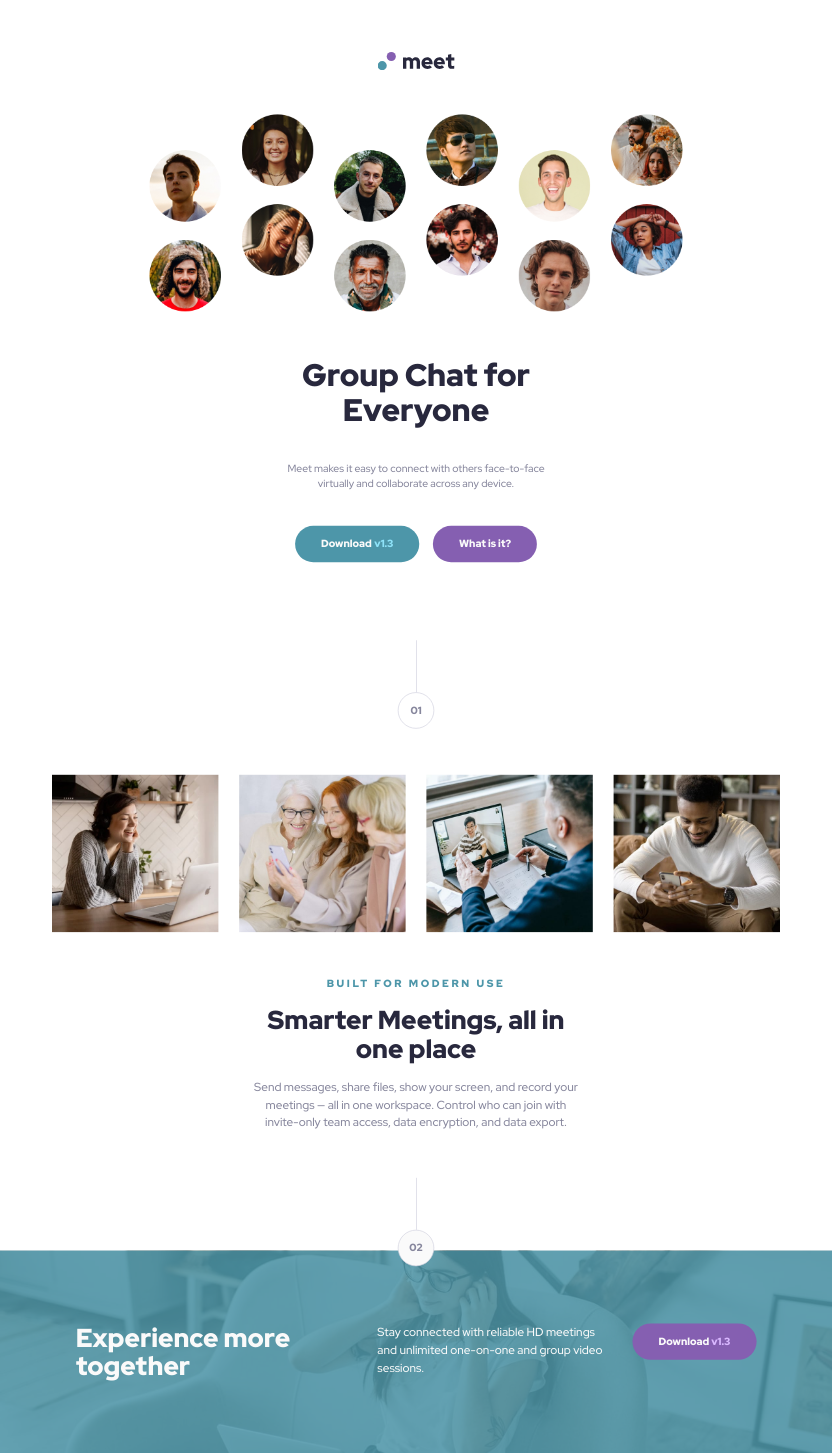
Repository: brandontaylor1/meet-landing-page
Page: index.html
The author's editor kept a copy of each file at every save. The page is drawn from the files as they stood at one save, then again after the next save.
The browser window is 1280 px wide. The pictures show the whole page, at 65% of full size.

Above is the page before, as saved 2025-01-13 19:21:45.

### index.html
<!DOCTYPE html>
<html lang="en">
<head>
    <meta charset="UTF-8">
    <meta name="viewport" content="width=device-width, initial-scale=1.0">
    <link rel="preconnect" href="https://fonts.googleapis.com">
    <link rel="preconnect" href="https://fonts.gstatic.com" crossorigin>
    <link href="https://fonts.googleapis.com/css2?family=Red+Hat+Display:ital,wght@0,300..900;1,300..900&display=swap" rel="stylesheet">
    <link rel="stylesheet" href="styles.css">
    <title>Meet Landing Page</title>
</head>
<body>
    <nav class="navbar">
        <div class="logo-container">
            <img src="./assets/images/logo.svg" alt="meet logo">
        </div>
    </nav>
    <section class="hero-section">
        <img src="" class="responsive-image" alt="responsive-image">
        <img src="./assets/images/image-hero-left.png" class="hero-images"  id="left-faces" alt="Left Faces">
        <div class="hero-content">
            <h1>Group Chat for Everyone</h1>
            <p>Meet makes it easy to connect with others face-to-face virtually and collaborate across any device.</p>
            <div class="btn-container">
                <button class="hero-btn" id="downloadBtn">Download<span>v1.3</span></button>
                <button class="hero-btn" id="whatisitBtn">What is it?</button>
            </div>
        </div>
        <img src="./assets/images/image-hero-right.png" class="hero-images" id="right-faces" alt="Right Faces">
    </section>

    <section class="main-content">
        <div class="content">
            <div class="design-container">
                <div class="gray-line"></div>
                <div class="gray-circle">01</div>
            </div>
            <div class="image-container">
                <img src="./assets/images/image-woman-in-videocall.jpg" alt="woman on video call">
                <img src="./assets/images/image-women-videochatting.jpg" alt="women vidoechatting">
                <img src="./assets/images/image-men-in-meeting.jpg" alt="men in a meeting">
                <img src="./assets/images/image-man-texting.jpg" alt="man texting">
            </div>
            <div class="text-container">
                <h3>Built for Modern Use</h3>
                <h2>Smarter Meetings, all in one place</h2>
                <p>Send messages, share files, show your screen, and record your meetings — all in one workspace. Control who can join with invite-only team access, data encryption, and data export.</p>
            </div>
        </div>
    </section>
    <div class="design-container">
        <div class="gray-line"></div>
        <div class="gray-circle white">02</div>
    </div>
    <section class="footer">
        <div class="footer-grid">
            <h2>Experience more together</h2>
            <p>Stay connected with reliable HD meetings and unlimited one-on-one and group video sessions.</p>
            <button class="hero-btn" id="whatisitBtn">Download <span class="footer-span">v1.3</span></button>
        </div>
    </section>

</body>
</html>

### styles.css
* {
    margin: 0;
    padding: 0;
    box-sizing: border-box
}

:root {
    --color-white: #FAFAFA;
    --color-slate: #87879D;
    --color-lightslate: #D1D1DF;
    --color-darkslate: #28283D;
    --color-cyan: #4D96A9;
    --color-purple: #855FB1;
    --color-lightcyan: #8FE3F9;
    --color-lightpurple: #D9B8FF;

    font-size: 16px;

}

body {
    display: flex;
    flex-direction: column;
    align-items: center;
    justify-content: center;
}

.white {
    background-color: var(--color-white);
}

.navbar {
    display: flex;
    padding: 5rem 5rem 0 5rem;
    flex-direction: column;
    justify-content: flex-end;
    align-items: center;
    gap: var(--spacing-100, .5rem);
    align-self: stretch;

}

.hero-section {
    display: flex;
    justify-content: space-between;
    align-items: center;
    padding: 4rem 5rem;
    height: auto;
    width: 100%;
}

.left-faces {
    padding-right: 95px;
    padding-bottom: 57px;
}

.right-faces {
    padding-left: 95px;
    padding-top: 57px;
}

.responsive-image {
    display: none;
}

.hero-section {
    width: 100%;
}

.hero-content {
    display: flex;
    flex-direction: column;
    align-items: center;
    justify-content: space-between;
    width: 448px;
    height: 314px;

}

.hero-content h1 {
    font-family: "Red Hat Display", sans-serif;
    font-size: 4rem;
    font-weight: 900;
    line-height: 110%;
    color: var(--color-darkslate);
    text-align: center;
}

.hero-content p {
    font-family: "Red Hat Display", sans-serif;
    font-size: 18px;
    font-weight: 500;
    line-height: 150%;
    color: var(--color-slate);
    text-align: center;

}

.hero-btn {
    padding: 16px 40px;
    border-radius: 29px;
    border: none;

}

#downloadBtn {
    background-color: var(--color-cyan);
    color: var(--color-white);
    font-size: 16px;
    font-family: "Red Hat Display", sans-serif;
    font-weight: 900;
    line-height: 150%;
    margin-right: 8.5px;
}

#downloadBtn span {
    margin-left: 4px;
    color: var(--color-lightcyan);

}

#whatisitBtn {
    background-color: var(--color-purple);
    color: var(--color-white);
    font-size: 16px;
    font-family: "Red Hat Display", sans-serif;
    font-weight: 900;
    line-height: 150%;
    margin-left: 8.5px;
}

.main-content {
    display: flex;
    flex-direction: column;
    align-items: center;
    justify-content: center;
    height: 883px;
    padding: 56px 80px 72px 80px;
}

.content {
    display: flex;
    flex-direction: column;
    align-items: center;
    justify-content: space-between;
    height: 755px;
}

.design-container {
    display: flex;
    justify-content: center;
    align-items: center;
    flex-direction: column;

}

.gray-line {
    width: 1px;
    height: 80px;
    background-color:  var(--color-lightslate);
    z-index: 5;
}

.gray-circle {
    width: 56px;
    height: 56px;
    display: flex;
    align-items: center;
    justify-content: center;
    border-radius: 50%;
    border: 1px solid var(--color-lightslate);
    color: var(--color-slate);
    font-size: 16px;
    font-family: "Red Hat Display", sans-serif;
    font-weight: 900;
    line-height: 150%;
    z-index: 5;
}

.image-container {
    display: grid;
    grid-template-columns: repeat(4, 1fr);
    grid-template-rows: 1fr;
    gap: 32px;
}

.image-container img {
    width: 256px;
    height: auto;
}

.text-container {
    width: 500px;
    height: 235px;
    display: flex;
    flex-direction: column;
    align-items: center;
    justify-content: space-between;
}

.text-container h3 {
    font-family: "Red Hat Display", sans-serif;
    font-size: 16px;
    font-weight: 900;
    line-height: 110%;
    text-transform: uppercase;
    letter-spacing: 4px;
    color: var(--color-cyan);
}

.text-container h2 {
    font-family: "Red Hat Display", sans-serif;
    font-size: 40px;
    font-style: normal;
    font-weight: 900;
    line-height: 110%;
    text-align: center;
    color: var(--color-darkslate);
}

.text-container p {
    font-family: "Red Hat Display", sans-serif;
    font-size: 18px;
    font-style: normal;
    font-weight: 500;
    line-height: 150%;
    text-align: center;
    color: var(--color-slate)
}


.footer {
    padding: 7rem 5rem;
    width: 100%;
    display: flex;
    align-items: center;
    justify-content: center;
    background-image: url("./assets/images/image-footer.jpg");
    background-size: cover;
    background-position: center;
    background-repeat: no-repeat;
    margin-top: -1.5rem;
    position: relative;
    z-index: 0;
}

.footer-grid {
    display: flex;
    align-items: flex-start;
    justify-content: center;
    grid-template-columns: repeat(3, 1fr);
    width: 70rem;
    gap: 32px;
    z-index: 2;

}

.footer-grid h2 {
    font-family: "Red Hat Display", sans-serif;
    font-size: 2.5rem;
    font-weight: 900;
    line-height: 110%;
    color: var(--color-white);
    width: 27rem;
}

.footer-grid p {
    font-family: "Red Hat Display", sans-serif;
    font-size: 1.125rem;
    font-weight: 500;
    line-height: 150%;
    color: var(--color-white);
    width: 22rem;
}

.footer::before {
    content: "";
    position: absolute;
    top: 0;
    left: 0;
    width: 100%;
    height: 100%;
    background-color: hsla(192, 37%, 48%, 0.85); /* Adjust the color and opacity as needed */
    z-index: 1;
}

.footer-span {
    color: var(--color-lightpurple)
}


@media screen and (min-width: 795px) and (max-width: 1354px) {
    .hero-section {
        padding: 4rem 2rem;
        flex-direction: column;
        justify-content: space-between;
        align-items: center;
    }

    .hero-content {
        margin-top: 72px;
    }

    .hero-content h1 {
        font-size: 3rem;
    }

    .hero-content p {
        font-size: 16px;
    }

    .hero-images {
        display: none;
    }

    .responsive-image {
        display: inline-block;
        content: url("./assets/images/tablet/image-hero.png");

    }
}

@media screen and (max-width: 795px) {
    .responseive-image {
        display: inline-block;
        content: url('./assets/images/tablet/image-hero.png');
        width: 100%;

    }
}

After the next save:
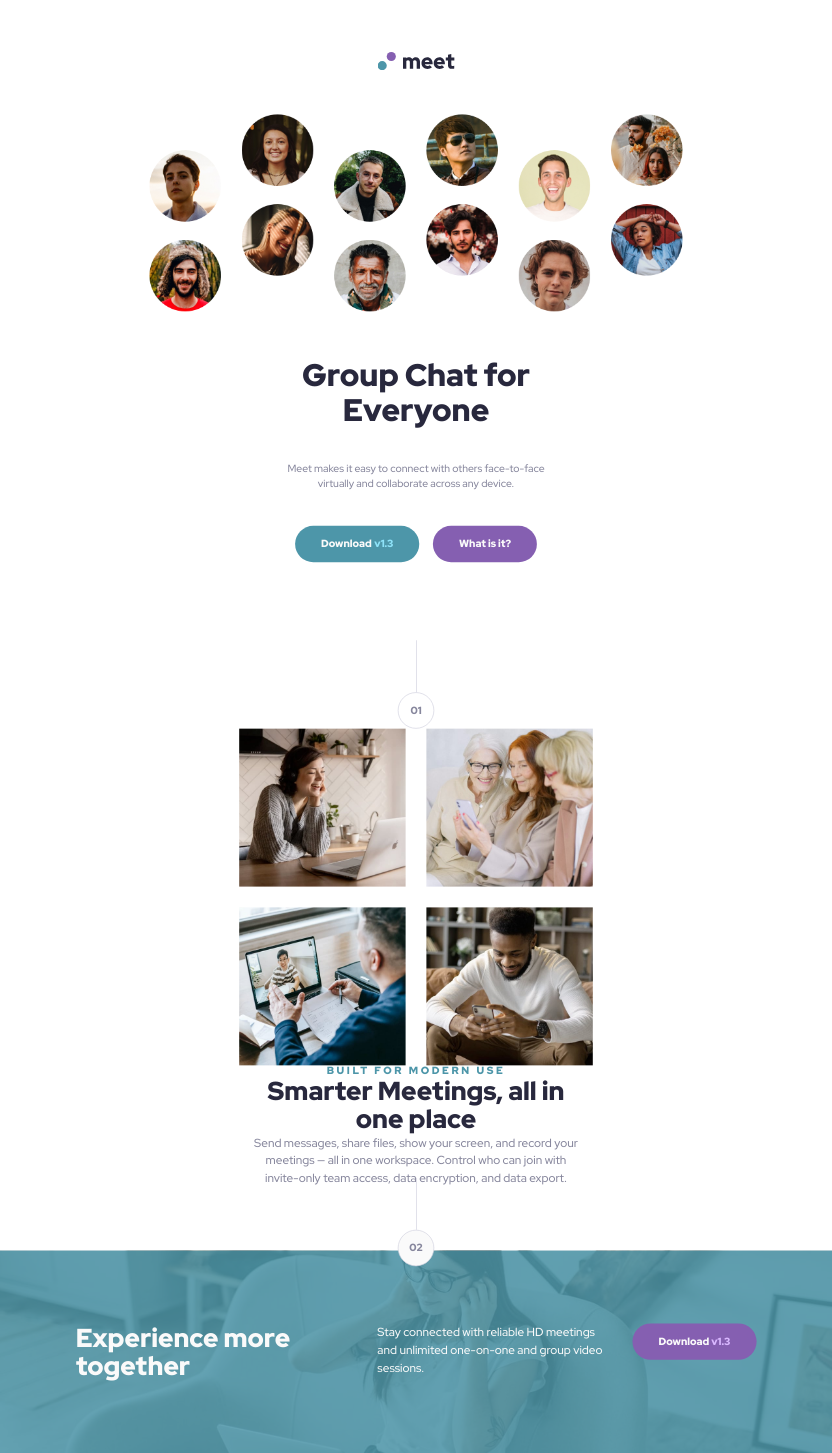
Saved 11 min 38 s later.
--- a/styles.css
+++ b/styles.css
@@ -318,6 +318,11 @@ body {
         content: url("./assets/images/tablet/image-hero.png");
 
     }
+
+    .image-container {
+        grid-template-columns: repeat(2, 1fr);
+        grid-template-rows: repeat(2, 1fr);
+    }
 }
 
 @media screen and (max-width: 795px) {
